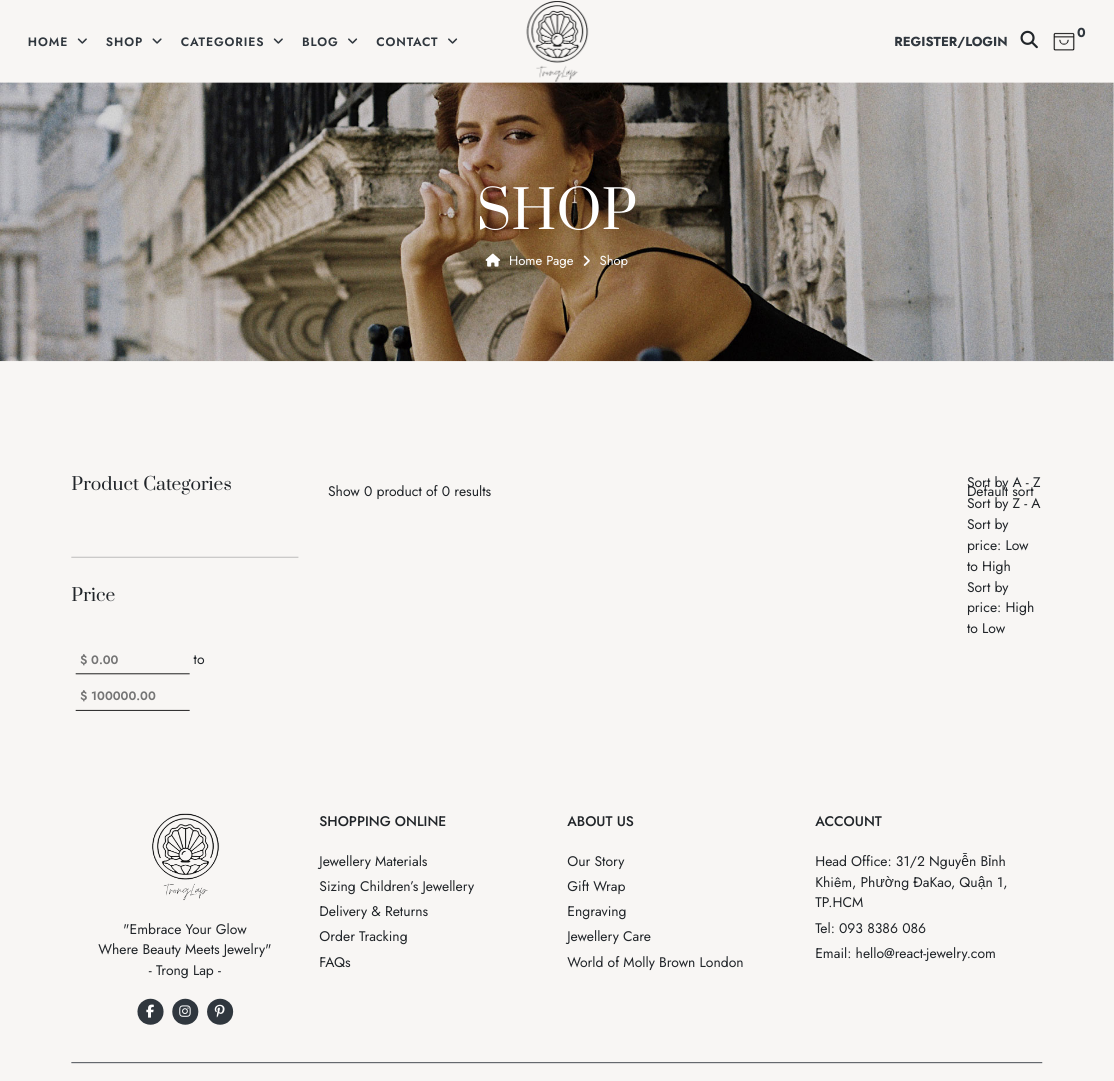
Repository: tronglap/react-jewelry
Page: /list-product
An editor plug-in stored every save of this project. The page is shown before and after the next save, followed by the edit.
The browser window is 1280 px wide. The pictures show the whole page, at 87% of full size.
The page's requests for data from a server got no answer. The project was rebuilt for these pictures with package versions that can differ from the ones it lists, and the page was loaded fresh each time. No one was signed in, and anything a server would have sent is missing. Also part of the build but not shown: src/component/Button/Button.css, src/component/Button/Button.js, src/component/SliderBar/SliderBar.css, src/component/SliderBar/SliderBar.js, src/component/Home/WWD/WWD.css, src/component/Home/WWD/WWD.js, src/component/Home/Home.css, src/component/Home/Categories/Categories.js and 14 more.

Above is the page before, as saved 2024-03-26 18:40:19.

After the next save:
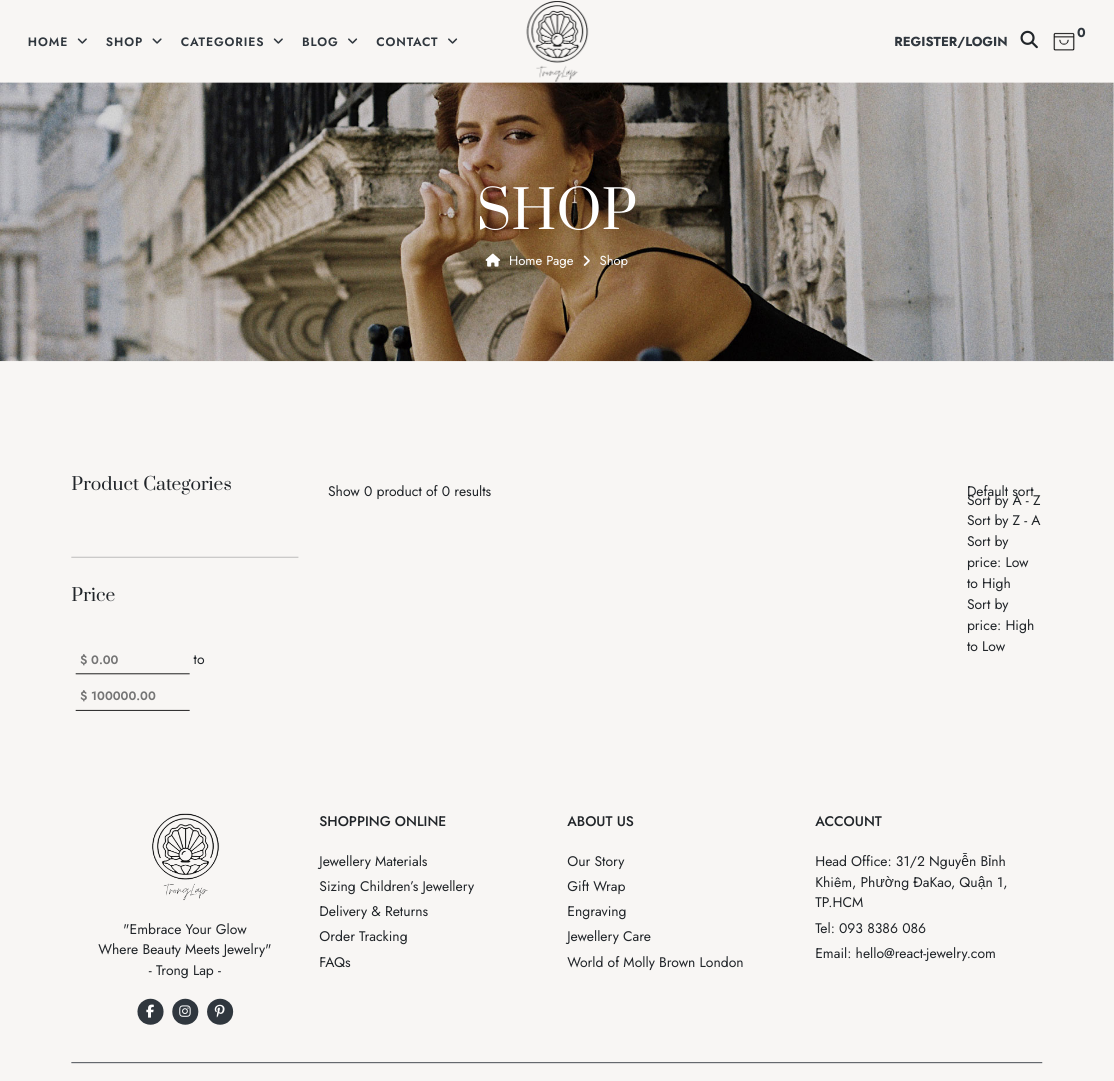
Saved 17 s later.
--- a/src/component/ListProduct/ListProduct.css
+++ b/src/component/ListProduct/ListProduct.css
@@ -88,6 +88,6 @@ input[type=number]::-webkit-inner-spin-button {
 }
 
 .ListProduct .box_product .sort .sorts {
-    top: 0;
+    top: 20px;
     position: absolute;
 }
